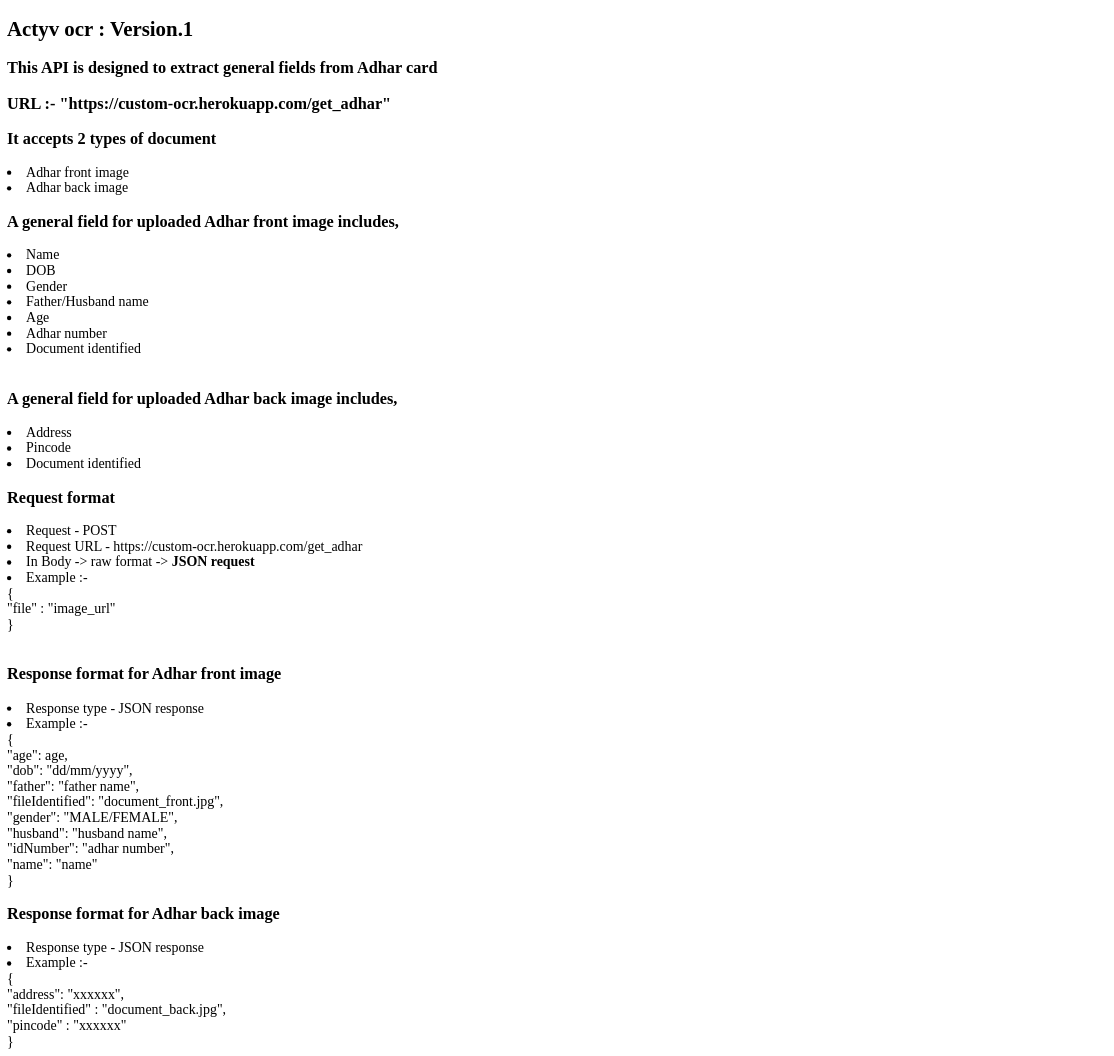
Repository: Sahana-M/OCR-for-Adhar
Page: template/home.html
An editor plug-in stored every save of this project. The page is shown before and after the next save, followed by the edit.
The browser window is 1280 px wide. The pictures show the whole page, at 87% of full size.

Above is the page before, as saved 2020-03-25 21:24:56.

### template/home.html
<!DOCTYPE html>
<html lang="en">
<head>
    <meta charset="UTF-8">
    <meta name="viewport" content="width=device-width, initial-scale=1.0">
    <meta http-equiv="X-UA-Compatible" content="ie=edge">
    <title>Actyv OCR</title>
</head>
<body>
        <h2>Actyv ocr : Version.1</h2>
        <h3>This API is designed to extract general fields from Adhar card</h3>
        <h3><b>URL :- "https://custom-ocr.herokuapp.com/get_adhar"</b></h3>
        <h3>It accepts 2 types of document</h3>
        <li>Adhar front image</li>
        <li>Adhar back image</li>
        <h3>A general field for uploaded Adhar front image includes, </h3>
        <li>Name</li>
        <li>DOB</li>
        <li>Gender</li>
        <li>Father/Husband name</li>
        <li>Age</li>
        <li>Adhar number</li>
        <li>Document identified</li>
        <br>

        <h3>A general field for uploaded Adhar back image includes, </h3>
        <li>Address</li>
        <li>Pincode</li>
        <li>Document identified</li>

        <h3>Request format</h3>
        <li>Request     - POST</li>
        <li>Request URL - https://custom-ocr.herokuapp.com/get_adhar</li>
        <li>In Body     -> raw format    -> <b>JSON request</b></li>
        <li>Example :- <br>
            {<br>
            "file" : "image_url"<br>
            }</li><br>

        <h3>Response format for Adhar front image</h3>
        <li>Response type - JSON response</li>
        <li>Example :- <br>
        {<br>
            "age": age,<br>
            "dob": "dd/mm/yyyy",<br>
            "father": "father name",<br>
            "fileIdentified": "document_front.jpg",<br>
            "gender": "MALE/FEMALE",<br>
            "husband": "husband name",<br>
            "idNumber": "adhar number",<br>
            "name": "name"<br>
        }</li>

        <h3>Response format for Adhar back image</h3>
        <li>Response type - JSON response</li>
        <li>Example :- <br>
        {<br>
            "address": "xxxxxx", <br>
            "fileIdentified" : "document_back.jpg", <br>
            "pincode" : "xxxxxx"<br>
        }</li>
    </body>
</html>

After the next save:
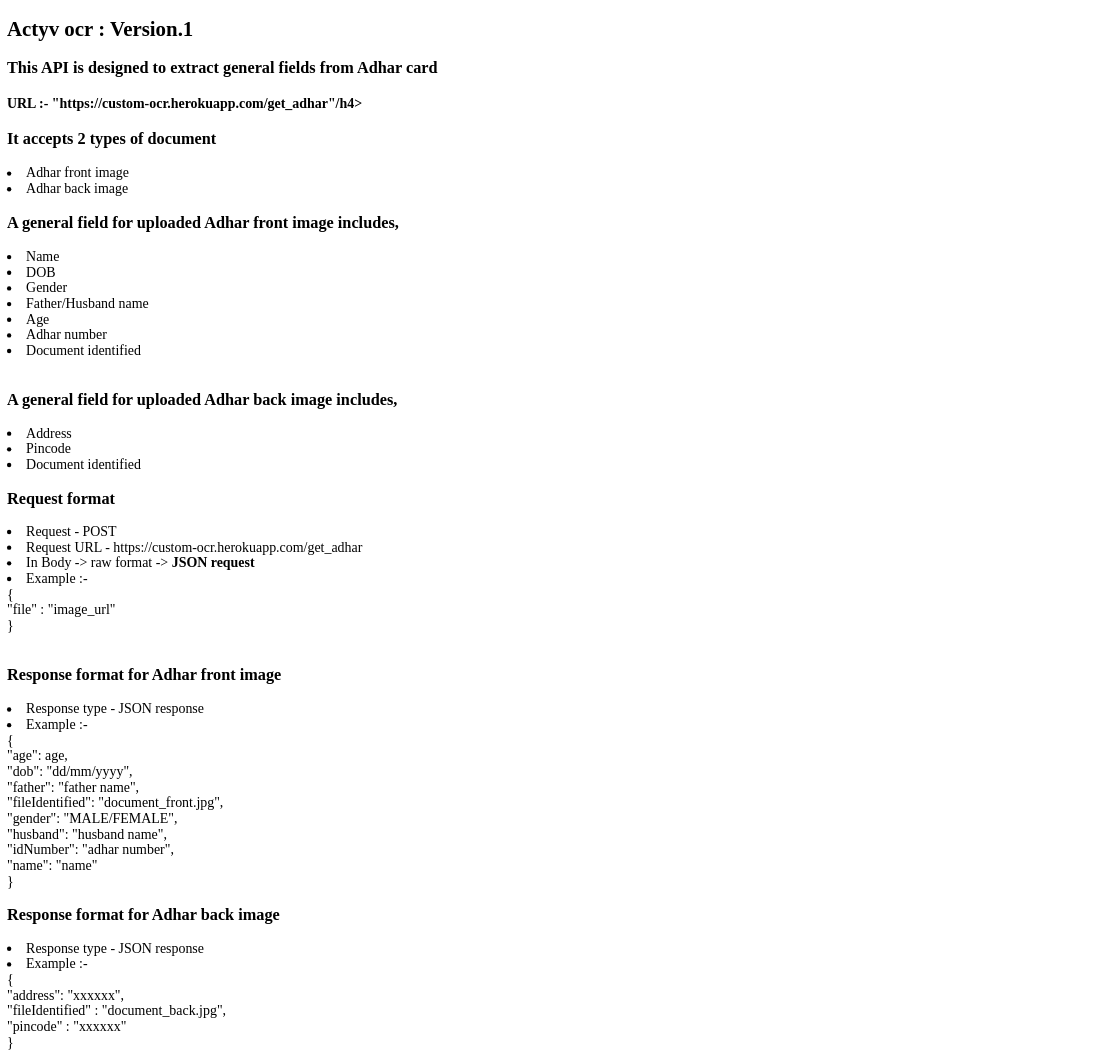
Saved 24 s later.
--- a/template/home.html
+++ b/template/home.html
@@ -9,7 +9,7 @@
 <body>
         <h2>Actyv ocr : Version.1</h2>
         <h3>This API is designed to extract general fields from Adhar card</h3>
-        <h3><b>URL :- "https://custom-ocr.herokuapp.com/get_adhar"</b></h3>
+        <h4>URL :- "https://custom-ocr.herokuapp.com/get_adhar"/h4>
         <h3>It accepts 2 types of document</h3>
         <li>Adhar front image</li>
         <li>Adhar back image</li>
